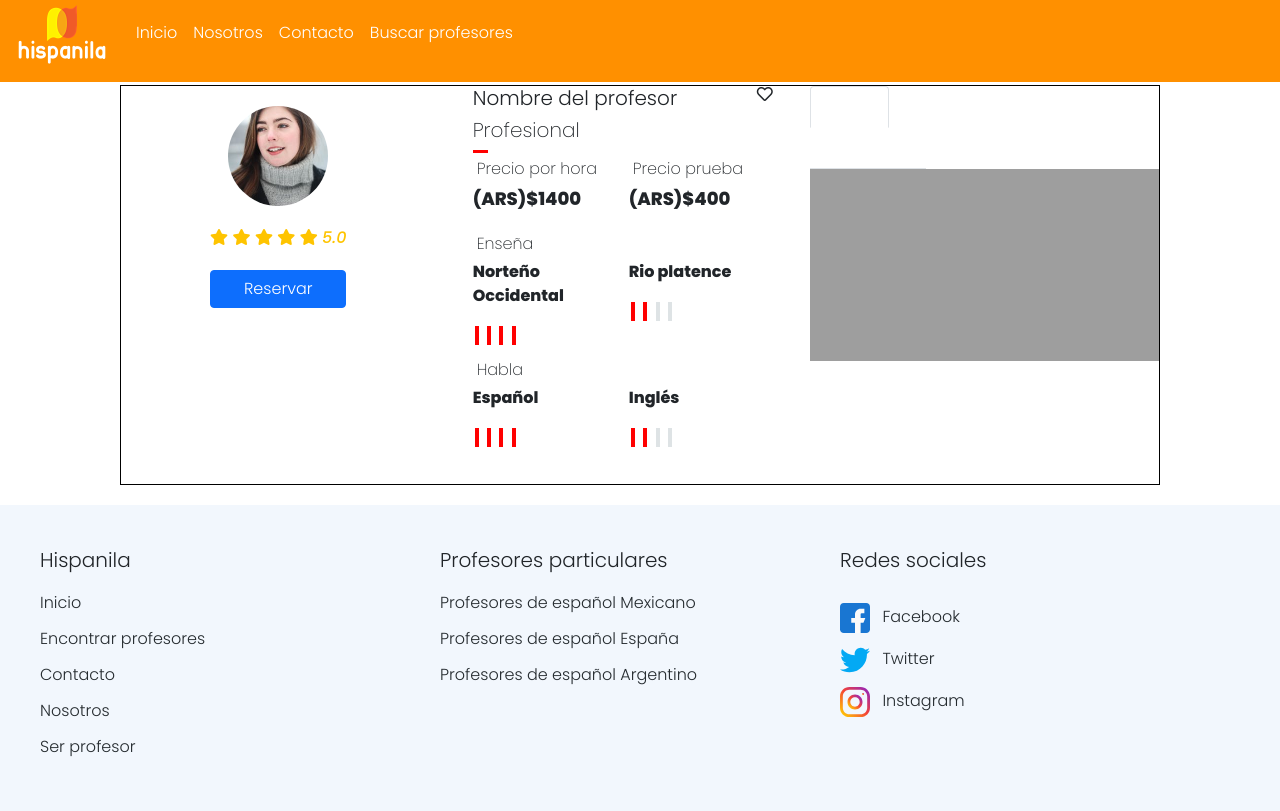
Repository: AgustinGarciaDev/Hispanila
Page: prueba.html
The author's editor kept a copy of each file at every save. The page is drawn from the files as they stood at one save, then again after the next save.
The browser window is 1280 px wide. The pictures show the whole page.
Pictures or frames that could not be fetched are drawn as grey boxes. Some web libraries are served in a nearby version. The style sheet was rebuilt from its Sass, Less or Tailwind sources for each picture, by a compiler version that may differ from the author's.

Above is the page before, as saved 2021-01-29 00:46:03.

### prueba.html
<!DOCTYPE html>
<html lang="en">

<head>

    <head>
        <meta charset="UTF-8">
        <title>Buscar profesor</title>
        <meta name="viewport" content="width=device-width, user-scalable=no">
        <meta name="description" content="Busca el profesor de español que más se adecue a lo que quieres aprender. Busca por precio,variante del español y mucho más">
        <meta name="keywords" content="profesor español, buscar profesor, español , aprender con profesionales">

        <link rel="stylesheet" href="https://cdnjs.cloudflare.com/ajax/libs/animate.css/4.1.1/animate.min.css" />
        <link rel="stylesheet" href="https://use.fontawesome.com/releases/v5.8.1/css/all.css" integrity="sha384-50oBUHEmvpQ+1lW4y57PTFmhCaXp0ML5d60M1M7uH2+nqUivzIebhndOJK28anvf" crossorigin="anonymous">
        <link rel="preconnect" href="https://fonts.gstatic.com">
        <link rel="preconnect" href="https://fonts.gstatic.com">
        <link href="https://fonts.googleapis.com/css2?family=Poppins:ital,wght@0,200;0,300;0,800;0,900;1,200;1,500&display=swap" rel="stylesheet">
        <link href="https://cdn.jsdelivr.net/npm/bootstrap@5.0.0-beta1/dist/css/bootstrap.min.css" rel="stylesheet" integrity="sha384-giJF6kkoqNQ00vy+HMDP7azOuL0xtbfIcaT9wjKHr8RbDVddVHyTfAAsrekwKmP1" crossorigin="anonymous">
        <link rel="stylesheet" href="./css/style.css">
        <link rel="stylesheet" href="stylemod.css">
    </head>
</head>

<body class="search-teacher">
    <header>
        <nav class="navbar navbar-expand-lg navbar-light bg-light nav-color">
            <div class="container-fluid">
                <a class="navbar-brand" href="./index.html"><img class="logo" src="./img/Hispanila_opt.png" alt=""></a>
                <button class="navbar-toggler" type="button" data-bs-toggle="collapse" data-bs-target="#navbarSupportedContent" aria-controls="navbarSupportedContent" aria-expanded="false" aria-label="Toggle navigation">
            <span class="navbar-toggler-icon"></span>
          </button>
                <div class="collapse navbar-collapse" id="navbarSupportedContent">
                    <ul class="navbar-nav me-auto mb-2 mb-lg-0">
                        <li class="nav-item">
                            <a class="nav-link active" aria-current="page" href="./index.html">Inicio</a>
                        </li>
                        <li class="nav-item">
                            <a class="nav-link" href="./we.html">Nosotros</a>
                        </li>
                        <li class="nav-item">
                            <a class="nav-link" href="./contact.html">Contacto</a>
                        </li>
                        <li class="nav-item">
                            <a class="nav-link" href="./searchteacer.html">Buscar profesores</a>
                        </li>
                    </ul>
                </div>
            </div>
        </nav>
    </header>
    <section class="teacher__layout">
        <div class="teacher__card">
            <div class="teacher__card__content">
                <div class="teacher">
                    <div class="teacher-date">
                        <img src="./img/teacher/teacher-women.jpg" alt="">
                        <div class="score-teacher">
                            <i class="fas fa-star"></i>
                            <i class="fas fa-star"></i>
                            <i class="fas fa-star"></i>
                            <i class="fas fa-star"></i>
                            <i class="fas fa-star"></i>
                            <i>5.0</i>
                        </div>
                        <a class="btn btn-primary" href="./profile.html" role="button">Reservar</a>
                    </div>
                </div>
            </div>
            <div class="teacher__card__content">

                <div class="teacher-information">
                    <span class="teacher-date-personal">
                        <h1>Nombre del profesor</h1>
                        <i class="far fa-heart"></i>
                  </span>
                    <span class="teacher-posicion">
                        <h4>Profesional</h4>
                        <div class="teacher-divider-card"></div>
                     </span>
                    <div class="">
                        <div class="row">
                            <div class="col-sm">
                                <span class="title-teacher"> <p>Precio por hora</p></span>
                                <p class="teacher-precie">(ARS)$1400</p>
                            </div>
                            <div class="col-sm">
                                <span class="title-teacher"><p>Precio prueba </p></span>
                                <p class="teacher-precie">(ARS)$400</p>
                            </div>
                        </div>
                    </div>
                    <div>
                        <span class="title-teacher"> <p>Enseña</p></span>
                        <div class="row">
                            <div class="col-sm">
                                <p class="teacher-learning">Norteño Occidental</p>
                                <div class="teacher-level">
                                    <span class="level level-one"></span>
                                    <span class="level level-two"></span>
                                    <span class=" level level-four"></span>
                                    <span class=" level level-five"></span>
                                </div>
                            </div>
                            <div class="col-sm">
                                <p class="teacher-learning">Rio platence</p>
                                <div class="teacher-level">
                                    <span class="level level-one"></span>
                                    <span class="level level-two"></span>
                                    <span class=" level level-four-lenguage"></span>
                                    <span class=" level level-five-leanguage"></span>
                                </div>
                            </div>
                        </div>
                    </div>
                    <div>
                        <span class="title-teacher"> <p>Habla</p></span>
                        <div class="row">
                            <div class="col-sm">
                                <p class="teacher-learning">Español</p>
                                <div class="teacher-level">
                                    <span class="level level-one"></span>
                                    <span class="level level-two"></span>
                                    <span class=" level level-four"></span>
                                    <span class=" level level-five"></span>
                                </div>
                            </div>
                            <div class="col-sm">
                                <p class="teacher-learning">Inglés</p>
                                <div class="teacher-level">
                                    <span class="level level-one"></span>
                                    <span class="level level-two"></span>
                                    <span class=" level level-four-lenguage"></span>
                                    <span class=" level level-five-leanguage"></span>
                                </div>
                            </div>
                        </div>
                    </div>
                </div>
            </div>
            <div class="teacher__card__content">

                <div class="col-4">
                    <ul class="nav nav-tabs" id="myTab" role="tablist">
                        <li class="nav-item" role="presentation">
                            <a class="nav-link active" id="home-tab" data-bs-toggle="tab" href="#home1" role="tab" aria-controls="home" aria-selected="true">Video</a>
                        </li>
                        <li class="nav-item" role="presentation">
                            <a class="nav-link" id="profile-tab" data-bs-toggle="tab" href="#profile1" role="tab" aria-controls="profile" aria-selected="false">Presentacion</a>
                        </li>

                    </ul>
                    <div class="tab-content" id="myTabContent">
                        <div class="tab-pane fade show active" id="home1" role="tabpanel" aria-labelledby="home-tab"> <iframe width="349" height="192" src="https://www.youtube.com/embed/-7dAqPXaI-E" frameborder="0" allow="accelerometer; autoplay; clipboard-write; encrypted-media; gyroscope; picture-in-picture" allowfullscreen></iframe></div>
                        <div class="tab-pane fade" id="profile1" role="tabpanel" aria-labelledby="profile-tab">Lorem Ipsum is simply dummy text of the printing and typesetting industry. Lorem Ipsum has been the industry's standard dummy text ever since the 1500s, when an unknown printer took a galley of type and scrambled it to make a type
                            specimen book.</div>
                    </div>
                </div>
            </div>

        </div>

        </div>
    </section>

    <footer class="footer">
        <div class="list__footer">
            <p class="list__footer__p-modifier">Hispanila</p>
            <li class="list__footer__li-modifier"> <a class="list__footer__a-modifier" href="/index.html">Inicio</a></li>
            <li class="list__footer__li-modifier"> <a class="list__footer__a-modifier" href="/searchteacer.html">Encontrar profesores</a></li>
            <li class="list__footer__li-modifier"><a class="list__footer__a-modifier" href="/contacte.html">Contacto</a></li>
            <li class="list__footer__li-modifier"><a class="list__footer__a-modifier" href="/we.html">Nosotros</a></li>
            <li class="list__footer__li-modifier"><a class="list__footer__a-modifier" href="/we.html">Ser profesor</a></li>
        </div>
        <div class="list__footer">
            <p class="list__footer__p-modifier">Profesores particulares</p>
            <li class="list__footer__li-modifier"> <a class="list__footer__a-modifier" href=" https://www.facebook.com/ "> Profesores de español Mexicano</a></li>
            <li class="list__footer__li-modifier"><a class="list__footer__a-modifier" href="https://twitter.com/home "> Profesores de español España</a></li>
            <li class="list__footer__li-modifier"><a class="list__footer__a-modifier" href="https://www.instagram.com/ "> Profesores de español Argentino</a></li>
        </div>
        <div class="list__footer ">
            <p class="list__footer__p-modifier"> Redes sociales</p>
            <li class="list__footer__li-modifier"></li><img class="list__footer__img-modifier" src="./img/facebook.svg " alt=" "> <a class="list__footer__a-modifier" href="https://www.facebook.com/ ">Facebook</a></li>
            <li class="list__footer__li-modifier"></li><img class="list__footer__img-modifier" src="./img/gorjeo.svg " alt=" "> <a class="list__footer__a-modifier" href="https://twitter.com/home ">Twitter</a></li>
            <li class="list__footer__li-modifier"></li><img class="list__footer__img-modifier" src="./img/instagram.svg " alt=" "> <a class="list__footer__a-modifier" href="https://www.instagram.com/ ">Instagram</a></li>
        </div>
    </footer>
    <script src="https://cdn.jsdelivr.net/npm/bootstrap@5.0.0-beta1/dist/js/bootstrap.bundle.min.js" integrity="sha384-ygbV9kiqUc6oa4msXn9868pTtWMgiQaeYH7/t7LECLbyPA2x65Kgf80OJFdroafW" crossorigin="anonymous"></script>
</body>

</html>

### stylemod.css
/* CARD  porque estudiar Hispanila*/

.teacher-block {
    height: 400px;
    width: 100%;
    background: white;
    margin-bottom: 20px;
    margin-top: 20px;
    box-shadow: 20px 20px 51px #c4cacf, -20px -20px 51px #ffffff;
    padding: 10px;
    display: flex;
}

.teacher-date {
    display: flex;
    flex-direction: column;
    padding: 20px;
}

.teacher-date .teacher-score {
    flex-direction: row;
}

.teacher-date img {
    border-radius: 50%;
    height: 100px;
    width: 100px;
    margin: auto;
}

.teacher-date button {
    height: 30px;
    width: 120px;
    margin: auto;
}

.score-teacher {
    margin: auto;
    padding: 20px 0 20px 0;
    color: #FEC400;
}

.teacher-information {
    display: flex;
    flex-direction: column;
}

.teacher-information h1 {
    font-size: 20px;
}

.teacher-date-personal {
    display: flex;
    flex-direction: row;
    justify-content: space-between;
}

.teacher-posicion {
    display: inline;
}

.title-teacher p {
    font-size: 16px;
    font-weight: 200;
    margin: 4px;
}

.teacher-precie {
    font-size: 18px;
    font-weight: bold;
}

.teacher-posicion h4 {
    font-size: 20px;
    font-weight: 200;
}

.teacher-posicion .teacher-divider-card {
    border: solid 1px red;
    width: 15px;
    height: 3px;
    background: red;
}

.teacher-learning {
    font-weight: bold;
}

.level {
    display: inline-block;
    margin: 2px;
    height: 19px;
    width: 4px;
    background: red;
}

.level-four-lenguage {
    background: #dee3e5
}

.level-five-leanguage {
    background: #dee3e5
}

.navbar>.container-fluid {
    background-color: #FF9000 !important;
}

@media (max-width: 890px) {
    .teacher-block {
        flex-direction: column;
    }
}

@media (max-width: 520px) {}

### scss/style.scss
@import"variables";
@import "header";
@import "footer";
@import "body";
@import "home";
@import "contac";
@import "profile";
@import "seendemail";
@import "aboutUs";
@import "search";

### scss/_variables.scss
/* TIPOGRAFIAS */

$font-body: 'Poppins',
sans-serif;

/* SIZE TIPOGRAFIAS */

$nameteacher: 16px;
$titulocontacto: 20px;

/* ICONOS COLOR */

$color-start-icon: #FEC400;
$color-social:gray;

/*Color background*/

$color-box: linear-gradient(145deg, #d8e8f2, #b6c3cb);

/*Padding*/

$padding-currilum: 40px;

### scss/_header.scss
header {
    position: sticky;
    top: 0;
    z-index: 5;
}

### scss/_footer.scss
.footer {
    background-color: #F2F7FD;
    display: grid;
    grid-template-columns: repeat(3, 1fr);
    padding: 40px;
}

.list__footer__p-modifier {
    font-size: 20px;
}

.list__footer__li-modifier {
    list-style: none;
    align-items: center;
    display: flex;
    margin-bottom: 12px;
}

.list__footer__a-modifier {
    text-decoration: none;
    color: #252b2f;
}

.list-footer a:hover {
    text-decoration: underline;
}

.list__footer__img-modifier {
    width: 30px;
    height: 30px;
    margin-right: 8px;
}

@media (max-width: 768px) {
    .footer {
        display: flex;
        flex-wrap: wrap;
    }
    .list__footer {
        padding-left: 10px;
        padding-right: 10px;
        justify-content: center;
    }
}

@media (max-width: 520px) {}

### scss/_body.scss
body {
    margin: 0;
    font-family: $font-body;
}

### scss/_home.scss
.nav-color {
    background-color: #ff9000 !important;
    height: 65px;
    box-shadow: 2px 2px 4px #d97a00, -5px -5px 4px #ffa600;
}

.nav-link {
    color: white !important;
}

.hero {
    display: grid;
    grid-template-columns: 2fr 2fr;
    height: 600px;
    background-image: url(http://baravdg.com/wp-content/uploads/2021/01/hero-background.png);
    background-position: center;
    background-repeat: no-repeat;
    background-size: cover;
}

.hero .box {
    display: flex;
    flex-direction: column;
    margin: auto;
    padding-left: 30px;
}

.hero__title_h1 {
    color: white;
    font-weight: 700;
    font-size: 50px;
}

.hero__title_p {
    color: white;
    font-size: 30px;
    font-size: 400;
}

.hero__bottom {
    width: 200px;
    color: white;
    padding: 10px;
    text-align: center;
    text-decoration: none;
    font-size: 'Poppins', sans-serif;
    font-weight: 800;
    border-radius: 8px;
    background: linear-gradient(145deg, #ffd529, #d8b322);
}


/* EMPIEZA LAS CARD DE LAS BANDERAS */

.Tittle_h2 {
    text-align: center;
    padding: 30px;
    font-size: 40px;
    font-weight: 800;
}

.block-band {
    display: grid;
    grid-template-columns: repeat(3, 1fr);
    grid-column-gap: 30px;
    grid-row-gap: 30px;
    justify-items: center;
}

.link {
    color: inherit;
    text-decoration: inherit;
}

.card-band {
    border-radius: 24px;
    border-radius: 24px;
    background: #ecf1f4;
    box-shadow: 22px 22px 18px #dee3e5, -22px -22px 18px #faffff;
    width: 400px;
    height: 372px;
}

.content-band {
    display: flex;
    padding-left: 40px;
    padding-bottom: 10px;
}

.info-card {
    padding-top: 9px;
    padding-left: 10px;
}

.info-card h4 {
    margin: 0;
}

.info-card p {
    margin: 0;
    margin-left: 6;
}

.card-band .teacher-photo {
    width: 400px;
    height: 300px;
}

.card-band .band {
    height: 50px;
    width: 50px;
}

.card-prof {
    margin: 40px;
    padding: 40px;
}

.table-proyect {
    padding: 40px;
}


/* Card study*/

.margin {
    margin: 20px;
}

.card__study__resson {
    width: 300px;
    height: 572px;
}

.card__study__img {
    height: 400px;
    width: 200px;
    display: flex;
    margin: auto;
}

.card__study_text {
    text-align: center;
}

.card__study__btn {
    width: 200px;
    color: white;
    padding: 10px;
    justify-content: center;
    text-decoration: none;
    font-size: 'Poppins', sans-serif;
    font-weight: 800;
    border-radius: 8px;
    background: linear-gradient(145deg, #ffd529, #d8b322);
    display: flex;
    margin: auto;
}

@media (max-width: 890px) {
    .block-band {
        grid-template-columns: repeat(2, 1fr);
    }
    .card-band .teacher-photo {
        width: 324px;
        height: 239px;
    }
    .card-band {
        width: 324px;
        height: 325px;
    }
    .logo {
        margin-top: -20px;
    }
}

@media (max-width: 520px) {
    .hero {
        height: 360px;
    }
    .block-band {
        grid-template-columns: none;
    }
    .card__study__resson {
        width: 300px;
        height: 572px;
    }
    .nav-color {
        height: 70px;
    }
    .logo {
        margin-top: -20px;
    }
    .hero__title_h1 {
        font-size: 31px;
    }
    .hero__title_p {
        font-size: 17px;
    }
    .Tittle_h2 {
        text-align: center;
        padding: 17px;
        font-size: 32px;
        font-weight: 800;
    }
}

### scss/_contac.scss
.contact__body {
    margin-top: 50px;
    margin-bottom: 50px;
}

.row {
    margin-right: 0;
}

.email_img {
    width: 100%;
}

.icons__list {
    display: flex;
    justify-content: center;
}

.icons__list_a {
    text-decoration: none;
    color: #ff9000;
    padding-bottom: 10px;
    padding-left: 5px;
    padding-right: 5px;
    font-size: 20px;
}

.icons__list__redsocial {
    display: flex;
    flex-direction: row;
    padding-top: 10px;
    justify-content: center;
}

.icons__list_logo_Redes {
    color: #ff9000;
    font-size: 35px;
    margin: 0 10px;
}

.text-contact__h2 {
    font-size: $titulocontacto;
}

.btn_send {
    width: 200px;
    color: white;
    padding: 10px;
    display: flex;
    justify-content: center;
    margin-top: 14px;
    text-decoration: none;
    font-size: 'Poppins', sans-serif;
    font-weight: 800;
    border-radius: 8px;
    background-color: orange;
}

@media (max-width: 520px) {
    .text-contact__h1 {
        text-align: center;
    }
    .text-contact__h2 {
        font-size: $titulocontacto -7;
        text-align: center;
    }
}

### scss/_seendemail.scss
.lottie {
    justify-content: center;
    display: flex;
}

### scss/_aboutUs.scss
    .About__tittle-h1 {
        text-align: center;
        padding: 20px 0;
        font-weight: 800;
    }

    .About__img {
        display: flex;
        justify-content: center;
        align-items: center;
    }

    .About__img--modifier {
        width: 900px;
        height: 600px;
    }

    .About__history {
        text-align: center;
        margin: 10px 500px;
    }

    .About_compromise_img {
        width: 400px;
        height: 300px;
    }

    .about__container {
        margin-top: 50px;
        margin-bottom: 50px;
    }

    .Value {
        margin-top: 40px;
    }

    @media (max-width: 890px) {
        .About__img--modifier {
            width: 100%;
            height: auto;
        }
        .About__history {
            margin: 10px 20px;
        }
    }

    @media (max-width: 570px) {
        .About_compromise_img {
            height: 300px;
        }
        .About_compromise__responsive {
            flex-direction: column-reverse;
            display: flex;
        }
        .Value {
            display: flex;
            align-items: center;
            justify-content: center;
        }
        .Value__box {
            display: flex;
            flex-direction: column;
            justify-content: center;
        }
    }

### scss/_search.scss
.teacher__layout {
    display: flex;
    justify-content: center;
    margin-left: 100px;
    margin-right: 100px;
}

.teacher__card {
    display: grid;
    grid-template-columns: repeat(3, 1fr);
    grid-column-gap: 30px;
    grid-row-gap: 30px;
    justify-items: center;
    border: 1px solid black;
    height: 400px;
    width: 100%;
    margin: 20px;
}

.teacher__card_content {
    width: 33%;
}

.teacher-date {
    display: flex;
    flex-direction: column;
    padding: 20px;
}

.teacher-date .teacher-score {
    flex-direction: row;
}

.teacher-date img {
    border-radius: 50%;
    height: 100px;
    width: 100px;
    margin: auto;
}

.teacher-date button {
    height: 30px;
    width: 120px;
    margin: auto;
}

.score-teacher {
    margin: auto;
    padding: 20px 0 20px 0;
    color: #FEC400;
}

.teacher-information {
    display: flex;
    flex-direction: column;
}

.teacher-information h1 {
    font-size: 20px;
}

.teacher-date-personal {
    display: flex;
    flex-direction: row;
    justify-content: space-between;
}

.teacher-posicion {
    display: inline;
}

.title-teacher p {
    font-size: 16px;
    font-weight: 200;
    margin: 4px;
}

.teacher-precie {
    font-size: 18px;
    font-weight: bold;
}

.teacher-posicion h4 {
    font-size: 20px;
    font-weight: 200;
}

.teacher-posicion .teacher-divider-card {
    border: solid 1px red;
    width: 15px;
    height: 3px;
    background: red;
}

.teacher-learning {
    font-weight: bold;
}

.level {
    display: inline-block;
    margin: 2px;
    height: 19px;
    width: 4px;
    background: red;
}

.level-four-lenguage {
    background: #dee3e5
}

.level-five-leanguage {
    background: #dee3e5
}

Loaded but not shown: scss/_profile.scss (221 lines, source omitted)

After the next save:
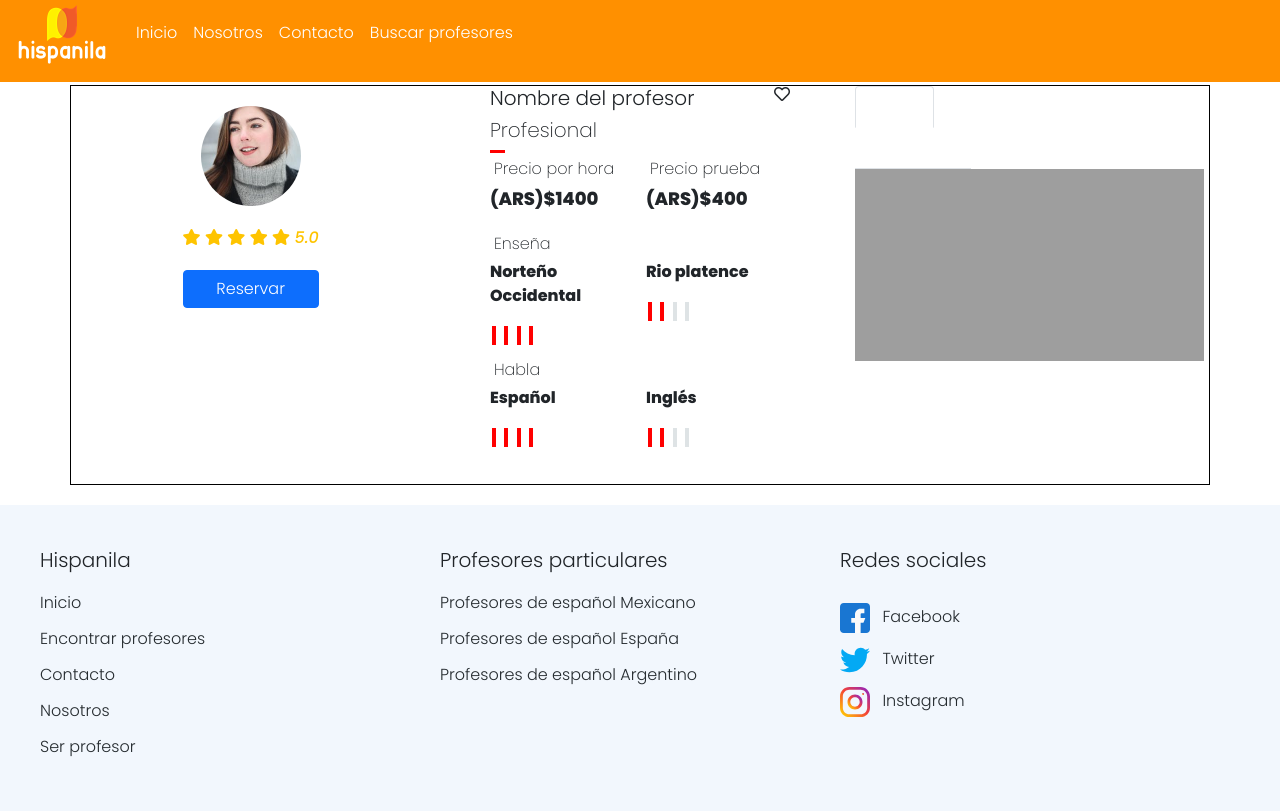
Saved 36 s later.
--- a/scss/_search.scss
+++ b/scss/_search.scss
@@ -1,8 +1,8 @@
 .teacher__layout {
     display: flex;
     justify-content: center;
-    margin-left: 100px;
-    margin-right: 100px;
+    margin-left: 50px;
+    margin-right: 50px;
 }
 
 .teacher__card {
